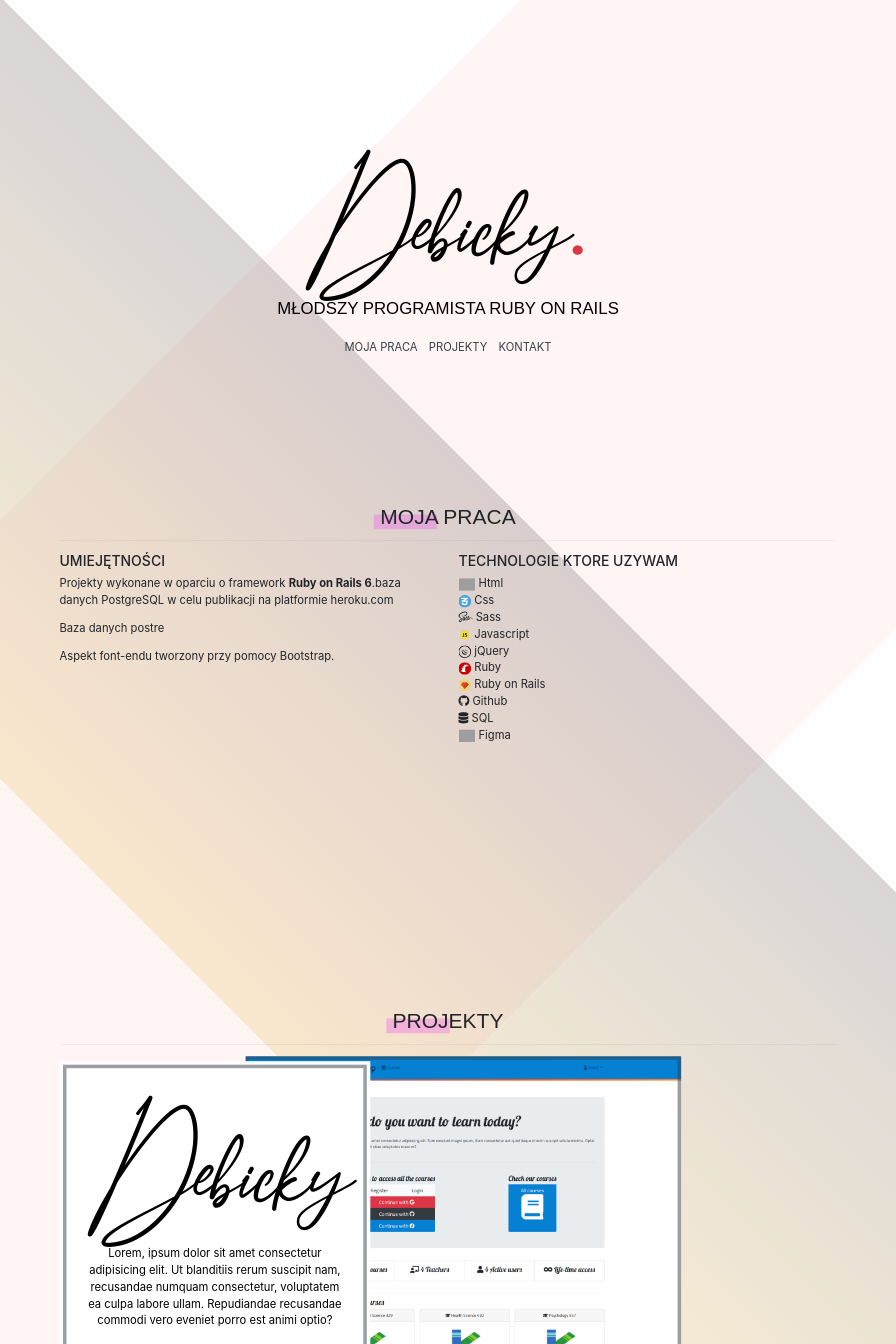
Repository: debicky/debicky.github.io
Page: index.html
An editor plug-in stored every save of this project. The page is shown before and after the next save, followed by the edit.
The browser window is 1280 px wide. The pictures show the part of the page from y = 0 to 1920 px (the page is 4035 px tall), at 70% of full size.
Pictures or frames that could not be fetched are drawn as grey boxes. Some web fonts or font styles are not loaded; a fallback is used. Some web libraries are served in a nearby version.

Above is the page before, as saved 2020-06-14 17:57:50.

### index.html
<!DOCTYPE html>
<html lang="en">
<head>
  <meta charset="UTF-8">
  <meta name="viewport" content="width=device-width, initial-scale=1.0">
  <title>Debicky</title>
  <link rel="stylesheet" href="https://stackpath.bootstrapcdn.com/bootstrap/4.5.0/css/bootstrap.min.css" integrity="sha384-9aIt2nRpC12Uk9gS9baDl411NQApFmC26EwAOH8WgZl5MYYxFfc+NcPb1dKGj7Sk" crossorigin="anonymous">
  <link rel="stylesheet" href="https://cdnjs.cloudflare.com/ajax/libs/font-awesome/5.11.2/css/all.min.css">
  <link rel="stylesheet" href="styles.css">
  <link rel="stylesheet" href="https://unpkg.com/aos@next/dist/aos.css" />

</head>
<body>


  <header>
    <div class="signature" data-aos="fade-in" data-aos-duration="2000">
      <h5 class="signature-heading ">Debicky<span class="text-danger font-weight-bolder">.</span></h5>
      <h3 class="signature-subheading">Młodszy Programista Ruby on Rails</h3>
    </div>

    <div class="container">
      <nav class="navbar navbar-expand-md p-0 rounded" data-aos="fade-in" data-aos-duration="3000">
        <button class="navbar-toggler" type="button" data-toggle="collapse" data-target="#navbarSupportedContent" aria-controls="navbarSupportedContent" aria-expanded="false" aria-label="Toggle navigation">
          <i class="fas fa-bars"></i>
          <i class="fas fa-times"></i>
        </button>

        <div class="collapse navbar-collapse d-md-flex justify-content-center" id="navbarSupportedContent">
          <ul class="navbar-nav">
            <li class="nav-item">
              <a class="nav-link" href="#about">moja praca</a>
            </li>
            <li class="nav-item">
              <a class="nav-link" href="#projects">Projekty</a>
            </li>
            <li class="nav-item">
              <a class="nav-link" href="#contact">Kontakt</a>
            </li>
          </ul>
        </div>
      </nav>
    </div>
  </header>

  <section class="about" id="about">
    <div class="container">
      <h1 class="text-center">moja praca</h1>
      <hr>

      <div class="row">
        <div class="col-12 col-md-6 col-lg-6 mb-5 mb-md-0">
          <h5 class="text-uppercase">Umiejętności</h5>
          <p>Projekty wykonane w oparciu o framework <b>Ruby on Rails 6</b>.baza danych PostgreSQL w celu publikacji na platformie heroku.com</p>
          <p>Baza danych postre</p>
          <p>Aspekt font-endu tworzony przy pomocy Bootstrap.</p>
          <p></p>
        </div>
        <div class="col-12 col-md-6 col-lg-6 mb-5 mb-md-0">
          <h5 class="text-uppercase">Technologie ktore uzywam</h5>
            <ul class="list-unstyled">
              <li>
                <img src="/images/icons/html.svg" alt=""> Html
              </li>
              <li>
                <img src="/images/icons/css.svg" alt=""> Css
              </li>
              <li>
                <i class="fab fa-sass"></i> Sass
              </li>
              <li>
                <img src="/images/icons/js.svg" alt=""> Javascript
              </li>
              <li>
                <img src="/images/icons/jquery.svg" alt=""> jQuery
              </li>
              <li>
                <img src="/images/icons/ror.svg" alt=""> Ruby
              </li>
              <li>
                <img src="/images/icons/ruby.svg" alt=""> Ruby on Rails
              </li>
              <li>
                <i class="fab fa-github"></i> Github
              </li>
              <li>
                <i class="fas fa-database"></i> SQL
              </li>
              <li>
                <img src="/images/icons/figma.svg" alt=""> Figma
              </li>

            </ul>
        </div>
        </div>
      </div>

    </div>
  </section>




  <section class="projects" id="projects">
    <div class="container">
      <h1 class="text-center">Projekty</h1>
      <hr>

      <div class="project-1">
        <div class="about-content">
          <div class="about-description">
            <div class="signature">
              <h5 class="signature-heading">Debicky</h5>
              <p>Lorem, ipsum dolor sit amet consectetur adipisicing elit. Ut blanditiis rerum suscipit nam, recusandae numquam consectetur, voluptatem ea culpa labore ullam. Repudiandae recusandae commodi vero eveniet porro est animi optio?</p>
            </div>
          </div>
          <div class="about-image">
            <a href="/images/1.jpeg">
              <img src="/images/course.png" alt="img1">
            </a>
          </div>
        </div>
      </div>
      <div class="project-1">
        <div class="about-content">
          <div class="about-description">
            <div class="signature">
              <h5 class="signature-heading">Debicky</h5>
              <p>Lorem, ipsum dolor sit amet consectetur adipisicing elit. Ut blanditiis rerum suscipit nam, recusandae numquam consectetur, voluptatem ea culpa labore ullam. Repudiandae recusandae commodi vero eveniet porro est animi optio?</p>
            </div>
          </div>
          <div class="about-image">
            <a href="/images/1.jpeg">
              <img src="/images/blog.png" alt="img1">
            </a>
          </div>
        </div>
      </div>
      <div class="project-1">
        <div class="about-content">
          <div class="about-description">
            <div class="signature">
              <h5 class="signature-heading">Debicky</h5>
              <p>Lorem, ipsum dolor sit amet consectetur adipisicing elit. Ut blanditiis rerum suscipit nam, recusandae numquam consectetur, voluptatem ea culpa labore ullam. Repudiandae recusandae commodi vero eveniet porro est animi optio?</p>
            </div>
          </div>
          <div class="about-image">
            <a href="/images/1.jpeg">
              <img src="/images/shop.png" alt="img1">
            </a>
          </div>
        </div>
      </div>

    </div>
  </section>

  <section class="contact" id="contact">
    <div class="container">
      <h1 class="text-center">Kontakt</h1>
      <hr>

      <div class="row">
        <div class="col-12 col-md-6 col-lg-6 mb-5 mb-md-0">
          <div class="jumbotron">
            Potrzebujesz wiecej informacji?
            Wyslij mi wiadomosc e-mail lub skontaktuj sie przez Messenger!
          </div>
        </div>
        <div class="col-12 col-md-6 col-lg-6 mb-5 mb-md-0">
          <div class="jumbotron">SECOND</div>
        </div>
      </div>
    </div>
  </section>


  <footer class="py-5">
    <div class="up" id="up">
      <i class="fas fa-chevron-up"></i>
    </div>
    <div class="container">
      <div class="row">
        <div class="col-12 col-md-5 col-lg-4 mb-5 mb-md-0">
          <div class="signature-footer">
            <h5 class="signature-footer-heading">Debicky<span class="text-danger font-weight-bolder">.</span></h5>
            <h3 class="signature-footer-subheading">Programista Ruby on Rails</h3>
          </div>
          <small class="d-block mt-2 text-muted">&copy; 2020</small>
        </div>
        <div class="col-12 col-md-5 col-lg-4 mb-5">
          <h5 class="text-uppercase">Media</h5>
            <ul class="list-unstyled mb-0">
              <li>
                <a href="https://www.facebook.com/artur.debicki.5" class="text-muted"><i class="fab fa-facebook"></i> Facebook</a>
              </li>
              <li>
                <a href="https://www.instagram.com/debicky" class="text-muted"><i class="fab fa-instagram"></i> Instagram</a>
              </li>
              <li>
                <a href="https://github.com/debicky" class="text-muted"><i class="fab fa-github"></i> Github</a>
              </li>
            </ul>
        </div>
        <div class="col-12 col-md-5 col-lg-4">
          <h5 class="text-uppercase">Kontakt</h5>
            <ul class="list-unstyled mb-0">
              <li>
                <a href="mailto:arturd444@gmail.com" class="text-muted"><i class="fas fa-envelope"></i> arturd444@gmail.com</a>
              </li>
              <li>
                <p class="text-muted"><i class="fa fa-phone"></i> +48 692 138 221</p>
              </li>
            </ul>
        </div>
      </div>
    </div>
  </footer>



  <script src="https://code.jquery.com/jquery-3.5.0.min.js" crossorigin="anonymous"></script>
  <script src="https://cdn.jsdelivr.net/npm/popper.js@1.16.0/dist/umd/popper.min.js" integrity="sha384-Q6E9RHvbIyZFJoft+2mJbHaEWldlvI9IOYy5n3zV9zzTtmI3UksdQRVvoxMfooAo" crossorigin="anonymous"></script>
  <script src="https://stackpath.bootstrapcdn.com/bootstrap/4.5.0/js/bootstrap.min.js" integrity="sha384-OgVRvuATP1z7JjHLkuOU7Xw704+h835Lr+6QL9UvYjZE3Ipu6Tp75j7Bh/kR0JKI" crossorigin="anonymous"></script>
  <script src="https://unpkg.com/aos@next/dist/aos.js"></script>
  <script src="script.js"></script>

</body>
</html>

### styles.css
@import url('https://fonts.googleapis.com/css?family=Playfair+Display+SC|Roboto:300,400&display=swap');

@font-face {
  font-family: "AmostelySignature";
  src: url("/fonts/AmostelySignature.ttf");
  }


* {
  margin: 0;
  padding: 0;
  box-sizing: border-box;
}

body {
  background-image: linear-gradient(45deg, transparent 0%, transparent 55%,rgba(238, 202, 125, 0.336) 55%, rgba(83, 67, 67, 0.219) 76%,transparent 76%, transparent 100%),linear-gradient(135deg, transparent 0%, transparent 14%,rgba(255,1,1, 0.04) 14%, rgba(255,1,1, 0.04) 41%,transparent 41%, transparent 100%),linear-gradient(45deg, transparent 0%, transparent 2%,rgba(255,1,1, 0.04) 2%, rgba(255,1,1, 0.04) 18%,transparent 18%, transparent 100%),linear-gradient(135deg, transparent 0%, transparent 61%,rgba(255,1,1, 0.04) 61%, rgba(255,1,1, 0.04) 71%,transparent 71%, transparent 100%),linear-gradient(90deg, rgb(255,255,255),rgb(255,255,255));
}

html {
  font-family: "Roboto", sans-serif;
}

a:hover {
  text-decoration: none;;
}

/* Heading */

header{
  height: 100vh;
  width: 100%;
  display: flex;
  flex-direction: column;
  align-items: center;
  justify-content: center;

}

.signature{
  color: black;
  text-align: center;
  user-select: none;
}

.signature-heading{
  font-family: 'AmostelySignature', cursive;
  font-size: 10rem;
  margin-bottom: 30px;
}

.signature-subheading{
  font-family: 'Playfair Display SC', sans-serif;
  font-size: 1.5rem;
  text-transform: uppercase;
  margin-bottom: 20px;
}

/* Navbar */

.navbar{
  background-color: #384147;
}

.navbar-toggler i{
  color: #fff;
  font-size: 1.2rem;
}

.navbar-toggler .fa-times{
  display: none;
}

.navbar-toggler.menu-open  .fa-bars{
  display: none;
}

.navbar-toggler.menu-open  .fa-times{
  display: block;
}

.navbar-nav{
  padding: 20px;
}

.nav-link{
  color: #fff;
  text-transform: uppercase;
  transition: opacity .5s;
  font-size: 1rem;
}

.nav-link:hover{
  color: maroon;
}

/* About */

.about{
  height: 100vh;
}

.about h1 {
  position: relative;
  z-index: 1;
}

.about h1::before {
  content: ' ';
  position: absolute;
  width: 3em;
  background: #ec52ec57;
  height: .7em;
  bottom: 0;
  z-index: -1;
  margin-left: -.3em;
}

.about img{
height: 18px;
}

.about-description{
  width: 100%;
  background-color: #fff;
  padding: 40px;
  outline: 5px solid rgba(56, 65, 71, 0.5);
  outline-offset: -5px;
  order: 1;
  margin-top: 5px;
}

.about-image{
  order: 2;
}

.about-image img{
  outline: 5px solid rgba(56, 65, 71, 0.5);
  outline-offset: -5px;
  width: 100%;
  height: auto;
  display: block;
}

.about-image a::after{
  font-family: 'Font Awesome 5 Free';
  content: "\f35d";
  font-weight: 600;
  position: absolute;
  top: 50%;
  left: 50%;
  transform: translate(-50%, -50%);
  color: maroon;
  font-size: 25px;
  z-index: 101;
  width: 70px;
  height: 70px;
  border: 3px solid maroon;
  border-radius: 100%;
  display: flex;
  align-items: center;
  justify-content: center;
  opacity: 0;
  transition: opacity .5s;
}

.about-image a:hover::after{
  opacity: .7;
}

/* section headers */

section h1{
  font-family: 'Playfair Display SC', sans-serif;
  font-size: 30px;
  text-transform: uppercase;
  position: relative;
  z-index: 1;
}

section h1::before {
  content: ' ';
  position: absolute;
  width: 3em;
  background: #ec52ec57;
  height: .7em;
  bottom: 0;
  z-index: -1;
  margin-left: -.3em;
}
/* Projects */



.project-1{
  margin-bottom: 10rem;
}








/* Contact */

.contact{
  height: 100vh;
}

.contact h1 {
  position: relative;
  z-index: 1;
}

.contact h1::before {
  content: ' ';
  position: absolute;
  width: 3em;
  background: #ec52ec57;
  height: .7em;
  bottom: 0;
  z-index: -1;
  margin-left: -.3em;
}


.jumbotron{
  width: 100%;
  display: flex;
  align-items: center;
  justify-content: center;
}

/* Footer */


footer {
  background-color: #151515;
  color: #fff;
}

.signature-footer{
  user-select: none;
}

.signature-footer-heading{
  font-family: 'AmostelySignature', cursive;
  font-size: 50px;
  margin-bottom: 30px;
  color: #fff;
}

.signature-footer-subheading{
  font-family: 'Playfair Display SC', sans-serif;
  font-size: 12px;
  text-transform: uppercase;
  color: #fff;
}

footer h5{
  font-family: 'Playfair Display SC', sans-serif;

}


a.text-muted:hover{
  color: maroon !important;
}

.up{
  position: absolute;
  width: 5rem;
  height: 5rem;
  background-color: #fff;
  right: 3rem;
  border-radius: 100%;
  display: flex;
  animation: pulse 2.5s infinite;
  cursor: pointer;
  z-index: 1;
}

.up i{
  color: #151515;
  font-size: 2rem;
  margin: auto;
}

@keyframes pulse {
  0%{
    box-shadow: 0 0 0 0 rgba(238, 132, 125, 0.99);
  }
  70%{
    box-shadow: 0 0 0 2rem rgba(238, 202, 125, 0);

  }
  100%{
    box-shadow: 0 0 0 0 rgba(238, 202, 125, 0);

  }
}

/* Responsive */

@media screen and (min-width: 768px) {
  .navbar{
    background-color: transparent;
  }
  .navbar-nav{
    padding: 0;
  }
  .nav-link{
    color: #384147;
  }

  nav:hover .nav-link:not(:hover){
    opacity: .5;
  }

  .about-content{
    position: relative;
    display: block;
  }

  .about-description{
    position: absolute;
    top: 80%;
    transform: translateY(-50%);
    width: 60%;
    outline-offset: -10px;
  }

  .about-image img{
    width: 70%;
    margin-left: auto;
  }

}

@media screen and (min-width: 1200px) {
  .about-description{
    top: 50%;
    width: 40%;
  }

  .about-image{
    width: 80%;
  }

  .contact{
    height: 70vh;
  }

  footer{
    height: 30vh;
  }

}

### script.js
$(document).ready(function () {

  AOS.init();


  $('.navbar-toggler').on('click', function () {
    $(this).toggleClass('menu-open');
  })

  $('.navbar .nav-link').on('click', function () {
    $('.navbar-collapse').toggleClass('show')
    $('.navbar-toggler').removeClass('menu-open')
  });

  $('nav a[href*="#').on('click', function () {
    $('html, body').animate({
      scrollTop: $($(this).attr('href')).offset().top
    }, 900);
  });

  $('#up').on('click', function () {
    $('html, body').animate({
      scrollTop: 0
    }, 900);
  });






})

After the next save:
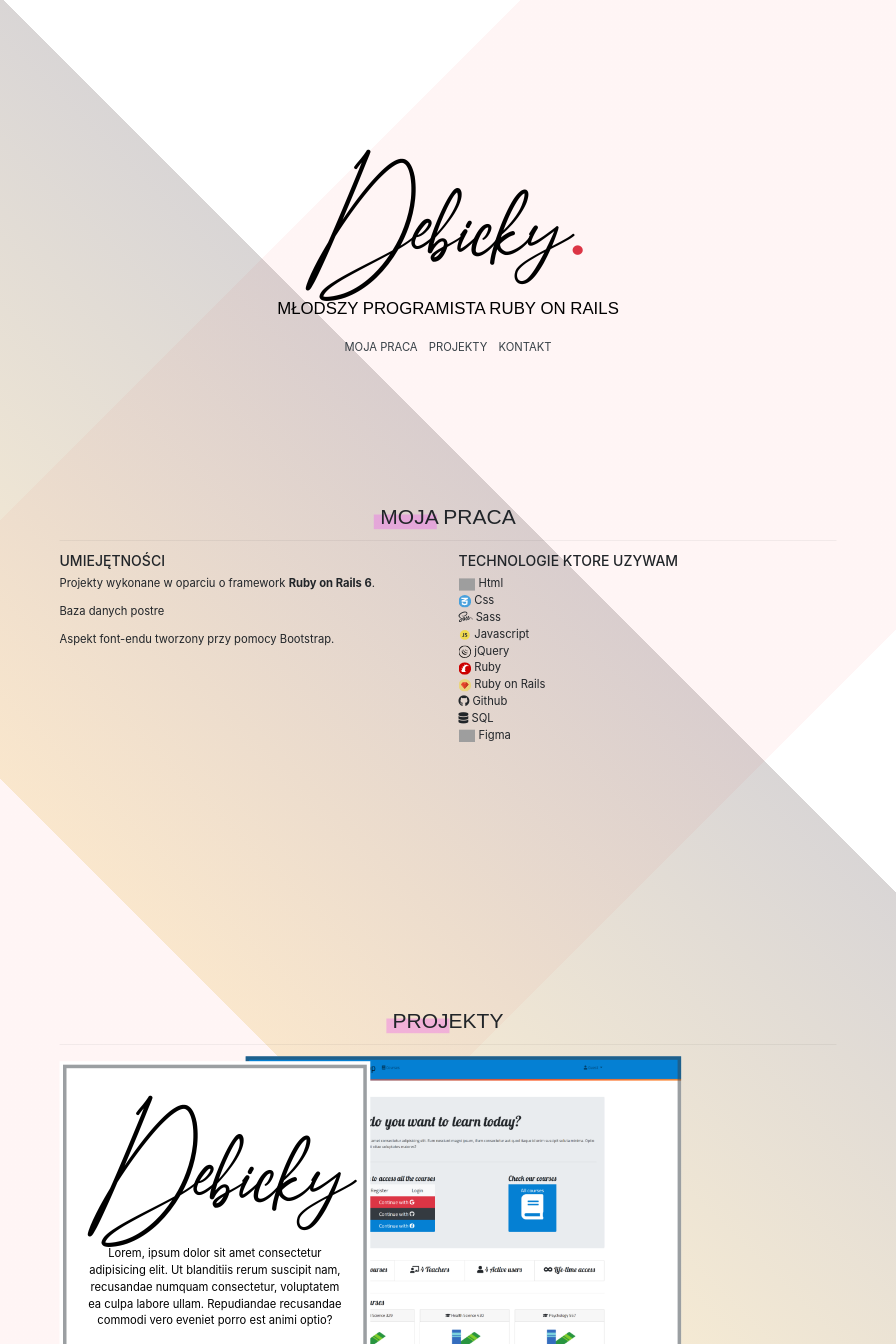
Saved 8 s later.
--- a/index.html
+++ b/index.html
@@ -51,7 +51,7 @@
       <div class="row">
         <div class="col-12 col-md-6 col-lg-6 mb-5 mb-md-0">
           <h5 class="text-uppercase">Umiejętności</h5>
-          <p>Projekty wykonane w oparciu o framework <b>Ruby on Rails 6</b>.baza danych PostgreSQL w celu publikacji na platformie heroku.com</p>
+          <p>Projekty wykonane w oparciu o framework <b>Ruby on Rails 6</b>.
           <p>Baza danych postre</p>
           <p>Aspekt font-endu tworzony przy pomocy Bootstrap.</p>
           <p></p>
